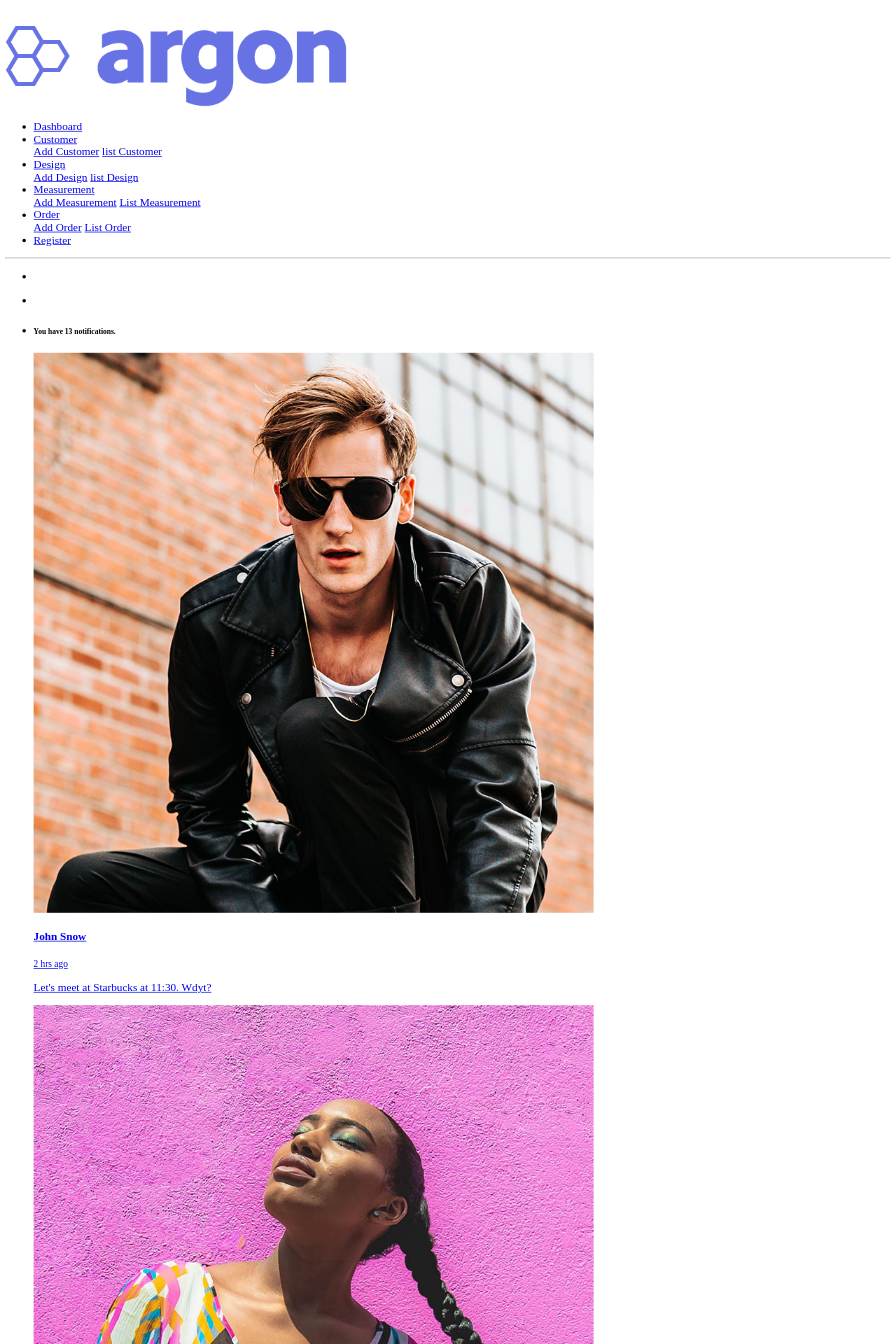
Repository: amirulaizat2004/tailorsystem-internship
Page: resources/views/design/create.blade.php
The author's editor kept a copy of each file at every save. The page is drawn from the files as they stood at one save, then again after the next save.
The browser window is 1280 px wide. The pictures show the part of the page from y = 0 to 1920 px (the page is 5503 px tall before and 5477 px after), at 70% of full size.
The page is served by the project's Laravel application, run on PHP 8.4 with Laravel 8. A made-up administrator, Test User (test@example.com), is signed in. The template is opened directly, without the code that normally fills it, so the values that code supplies are empty.

Above is the page before, as saved 2021-10-27 12:40:28.

After the next save:
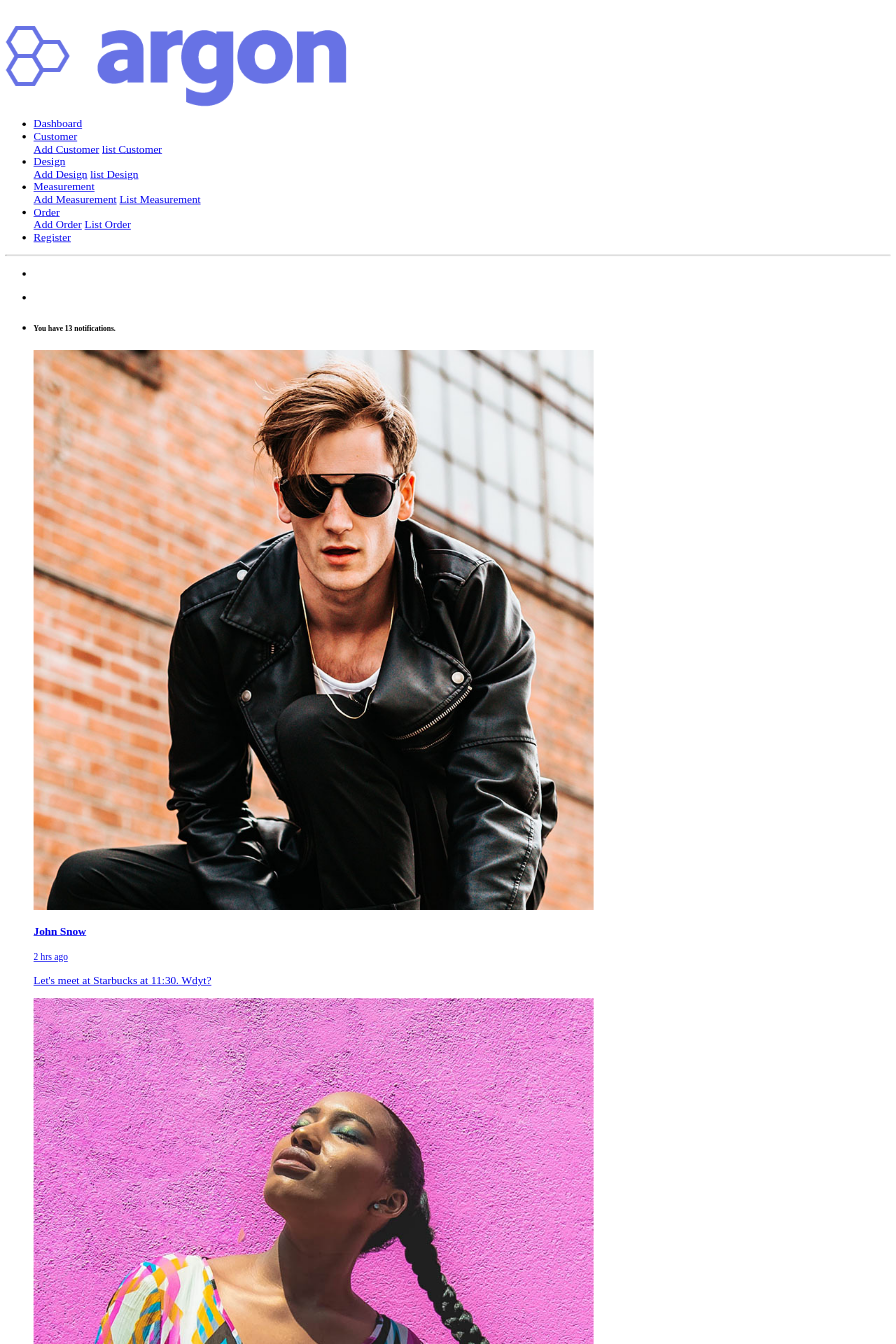
Console error: ReferenceError: $ is not defined
Saved 65 s later.
--- a/resources/views/design/create.blade.php
+++ b/resources/views/design/create.blade.php
@@ -56,3 +56,13 @@
 
 </div>
 @endsection
+
+<script>
+
+$(document).ready(function () {
+      $('select').selectize({
+          sortField: 'text'
+      });
+  });
+
+</script>
